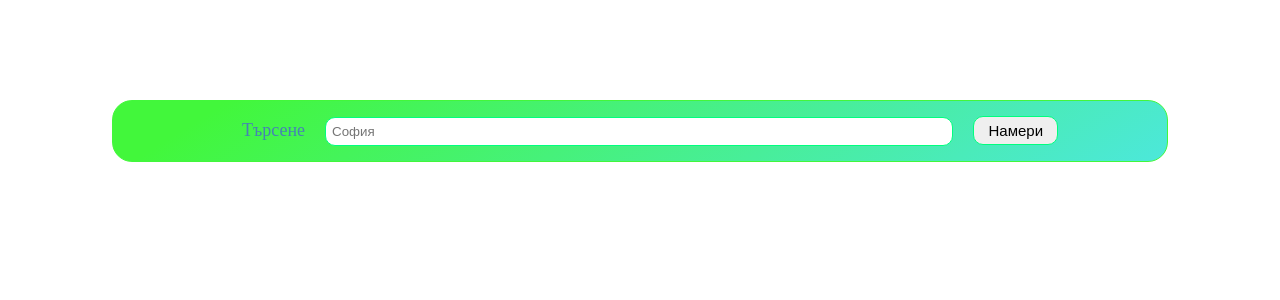
Repository: GeryZlatev/address-search
Page: /
The author's editor kept a copy of each file at every save. The page is drawn from the files as they stood at one save, then again after the next save.
The browser window is 1280 px wide. The pictures show the whole page.
The project was rebuilt for these pictures with package versions that can differ from the ones it lists, and the page was loaded fresh each time.

Above is the page before, as saved 2021-04-09 20:17:44.

After the next save:
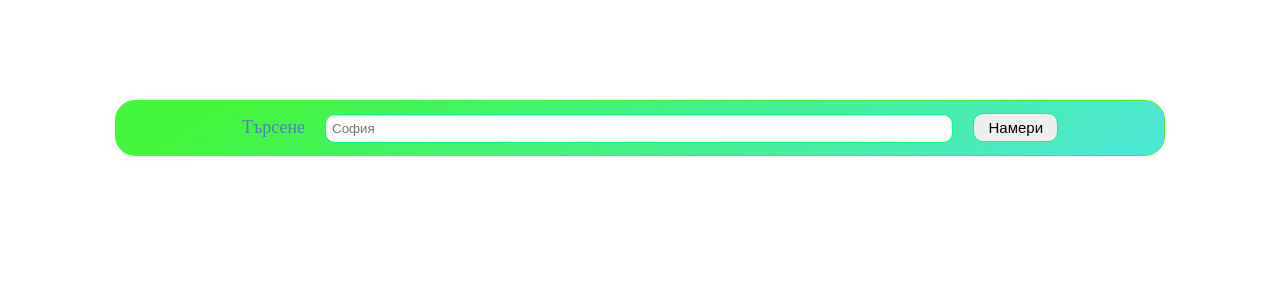
Saved 116 s later.
--- a/src/components/SearchBar/SearchBar.module.css
+++ b/src/components/SearchBar/SearchBar.module.css
@@ -1,7 +1,7 @@
 .searchbar-wrapper {
     max-width: 80%;
     margin: 40px auto;
-    padding: 15px;
+    padding: 12px;
     /* display: flex;
     justify-content: space-between; */
     background: rgb(66,247,59);
